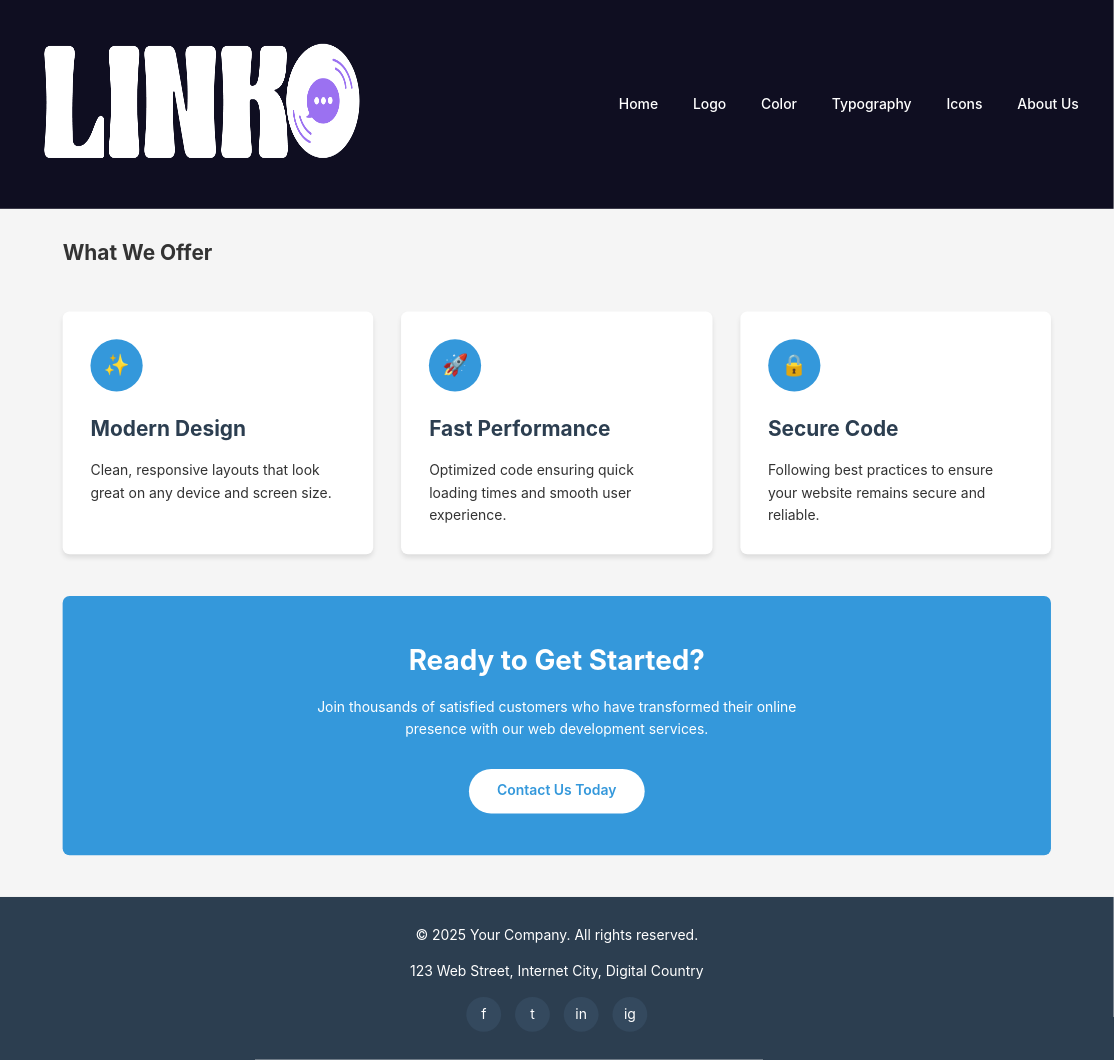
Repository: primcharlin/LINKO-A5Styleguide
Page: index.html
The author's editor kept a copy of each file at every save. The page is drawn from the files as they stood at one save, then again after the next save.
The browser window is 1280 px wide. The pictures show the whole page, at 87% of full size.

Above is the page before, as saved 2025-04-09 14:07:04.

### index.html
<!DOCTYPE html>
<html lang="en">
<head>
    <meta charset="UTF-8">
    <meta name="viewport" content="width=device-width, initial-scale=1.0">
    <title>Modern Website</title>
    <link rel="stylesheet" href="styles.css">
</head>
<body>
    <header>
        <div class="logo">
            <img src="img/linko-logo.png" alt="LINKO Logo">
        </div>

        <nav>
            <ul>
                <li><a href="#">Home</a></li>
                <li><a href="#">Logo</a></li>
                <li><a href="#">Color</a></li>
                <li><a href="#">Typography</a></li>
                <li><a href="#">Icons</a></li>
                <li><a href="#">About Us</a></li>
            </ul>
        </nav>
    </header>

    <main>
        <section>
            <h2>What We Offer</h2>
            <div class="features">
                <div class="feature-card">
                    <div class="feature-icon">✨</div>
                    <h3>Modern Design</h3>
                    <p>Clean, responsive layouts that look great on any device and screen size.</p>
                </div>

                <div class="feature-card">
                    <div class="feature-icon">🚀</div>
                    <h3>Fast Performance</h3>
                    <p>Optimized code ensuring quick loading times and smooth user experience.</p>
                </div>

                <div class="feature-card">
                    <div class="feature-icon">🔒</div>
                    <h3>Secure Code</h3>
                    <p>Following best practices to ensure your website remains secure and reliable.</p>
                </div>
            </div>
        </section>

        <section class="cta">
            <h2>Ready to Get Started?</h2>
            <p>Join thousands of satisfied customers who have transformed their online presence with our web development services.</p>
            <a href="#" class="btn">Contact Us Today</a>
        </section>
    </main>

    <footer>
        <p>© 2025 Your Company. All rights reserved.</p>
        <p>123 Web Street, Internet City, Digital Country</p>
        <div class="social-links">
            <a href="#" class="social-icon">f</a>
            <a href="#" class="social-icon">t</a>
            <a href="#" class="social-icon">in</a>
            <a href="#" class="social-icon">ig</a>
        </div>
    </footer>
</body>
</html>

### styles.css
/* Reset styles */
* {
    margin: 0;
    padding: 0;
    box-sizing: border-box;
    font-family: Inter;
}

/* Body styles */
body {
    background-color: #f5f5f5;
    color: #333;
    line-height: 1.6;
}

/* Header styles */
header {
    background-color: #0F0E21;
    color: white;
    padding: 1rem 2rem;
    display: flex;
    justify-content: space-between;
    align-items: center;
}

.logo img {
    height: 200px; /* Adjust based on your preference */
    width: auto; /* Maintains aspect ratio */
    max-width: 400px; /* Prevents logo from being too wide */
}

header h1 {
    font-size: 1.8rem;
}

header p {
    font-size: 0.9rem;
}

/* Navigation styles */
nav {
    display: flex;
    align-items: center;
}

nav ul {
    display: flex;
    list-style: none;
    gap: 1.5rem;
}

nav a {
    color: white;
    text-decoration: none;
    font-weight: 500;
    transition: color 0.3s;
    padding: 0.5rem;
}

nav a:hover {
    color: #3498db;
}

/* Main content styles */
main {
    max-width: 1200px;
    margin: 2rem auto;
    padding: 0 2rem;
}

/* Features section */
.features {
    display: flex;
    flex-wrap: wrap;
    gap: 2rem;
    margin: 3rem 0;
}

.feature-card {
    flex: 1;
    min-width: 300px;
    background-color: white;
    padding: 2rem;
    border-radius: 8px;
    box-shadow: 0 4px 6px rgba(0, 0, 0, 0.1);
    transition: transform 0.3s, box-shadow 0.3s;
}

.feature-card:hover {
    transform: translateY(-5px);
    box-shadow: 0 10px 15px rgba(0, 0, 0, 0.1);
}

.feature-card h3 {
    color: #2c3e50;
    margin-bottom: 1rem;
    font-size: 1.5rem;
}

.feature-icon {
    background-color: #3498db;
    color: white;
    width: 60px;
    height: 60px;
    display: flex;
    align-items: center;
    justify-content: center;
    border-radius: 50%;
    margin-bottom: 1.5rem;
    font-size: 1.5rem;
}

/* CTA section */
.cta {
    background-color: #3498db;
    padding: 3rem 2rem;
    text-align: center;
    margin: 3rem 0;
    border-radius: 8px;
    color: white;
}

.cta h2 {
    font-size: 2rem;
    margin-bottom: 1rem;
}

.cta p {
    max-width: 600px;
    margin: 0 auto 2rem;
}

.btn {
    display: inline-block;
    background-color: white;
    color: #3498db;
    padding: 0.8rem 2rem;
    border-radius: 50px;
    text-decoration: none;
    font-weight: 600;
    transition: background-color 0.3s, transform 0.3s;
}

.btn:hover {
    background-color: #f5f5f5;
    transform: scale(1.05);
}

/* Footer styles */
footer {
    background-color: #2c3e50;
    color: white;
    padding: 2rem;
    text-align: center;
}

footer p {
    margin-bottom: 1rem;
}

.social-links {
    display: flex;
    justify-content: center;
    gap: 1rem;
    margin-top: 1rem;
}

.social-icon {
    background-color: #34495e;
    color: white;
    width: 40px;
    height: 40px;
    display: flex;
    align-items: center;
    justify-content: center;
    border-radius: 50%;
    text-decoration: none;
    transition: background-color 0.3s;
}

.social-icon:hover {
    background-color: #3498db;
}

/* Responsive styles */
@media (max-width: 900px) {
    header {
        flex-direction: column;
        padding: 1rem;
        text-align: center;
    }

    .logo {
        margin-bottom: 1rem;
    }

    nav ul {
        flex-wrap: wrap;
        justify-content: center;
        gap: 1rem 1.5rem;
    }
}

@media (max-width: 600px) {
    .features {
        flex-direction: column;
    }
}

After the next save:
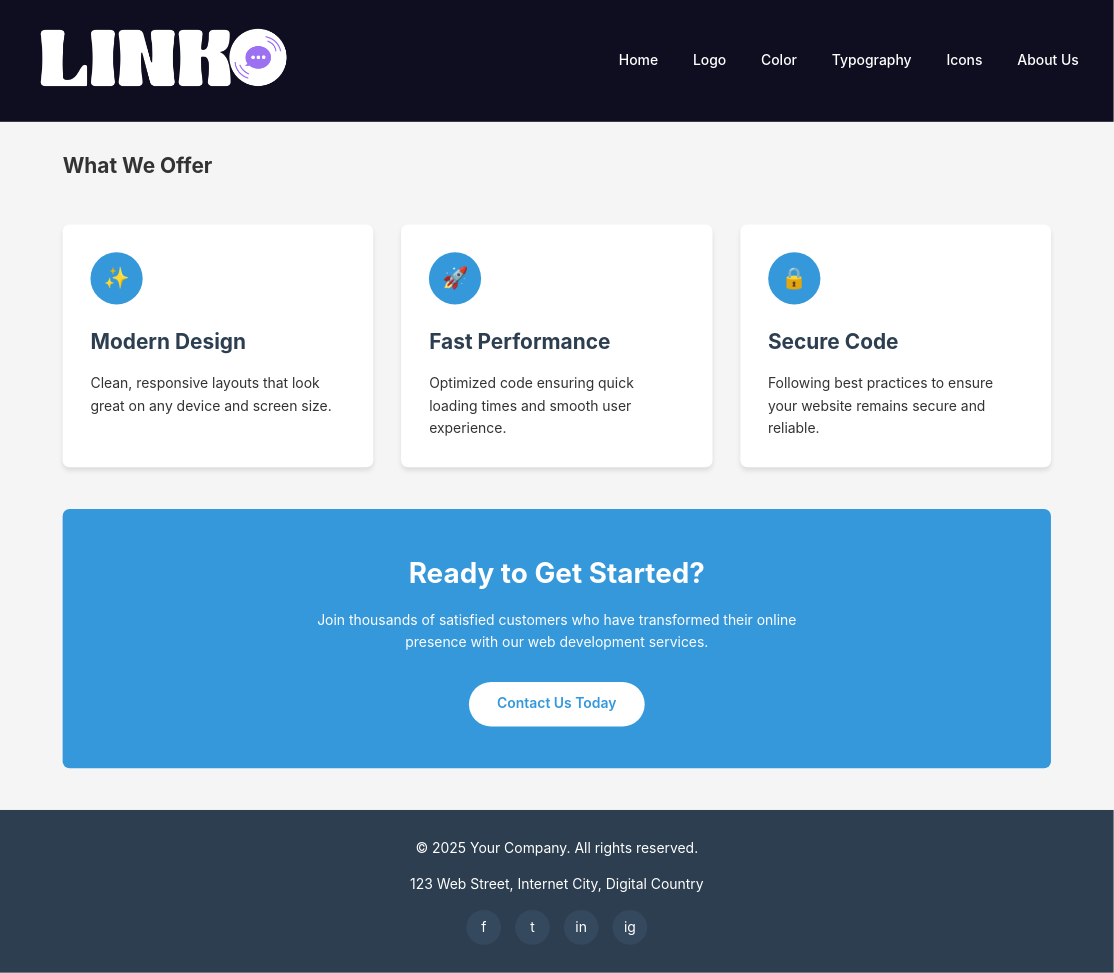
Saved 109 s later.
--- a/styles.css
+++ b/styles.css
@@ -24,7 +24,7 @@ header {
 }
 
 .logo img {
-    height: 200px; /* Adjust based on your preference */
+    height: 100px; /* Adjust based on your preference */
     width: auto; /* Maintains aspect ratio */
     max-width: 400px; /* Prevents logo from being too wide */
 }
